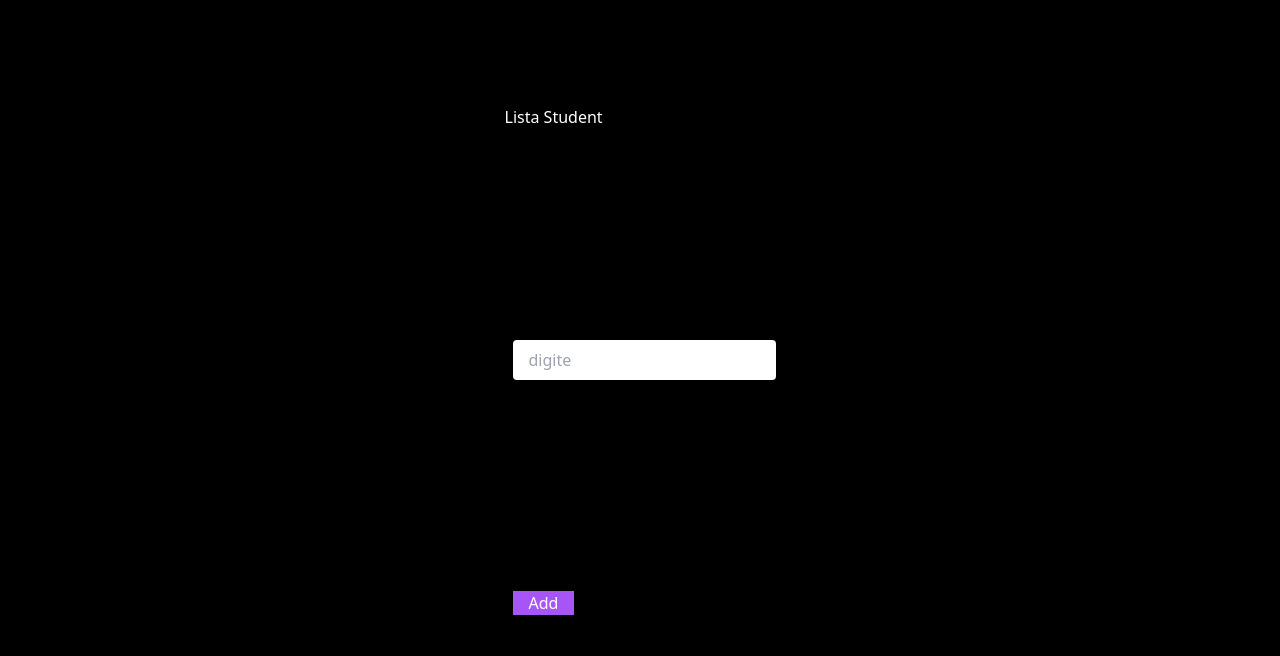
Repository: LuisSempre/FundamentosReact
Page: /
These files come from the project's save history. The page is drawn as it stood at one moment and after the next save; the edit follows.
The browser window is 1280 px wide. The pictures show the whole page.
The project was rebuilt for these pictures with package versions that can differ from the ones it lists, and the page was loaded fresh each time. Also part of the build but not shown: vite.config.js, src/components/Card.jsx.

Above is the page before, as saved 2022-06-28 18:18:30.

After the next save:
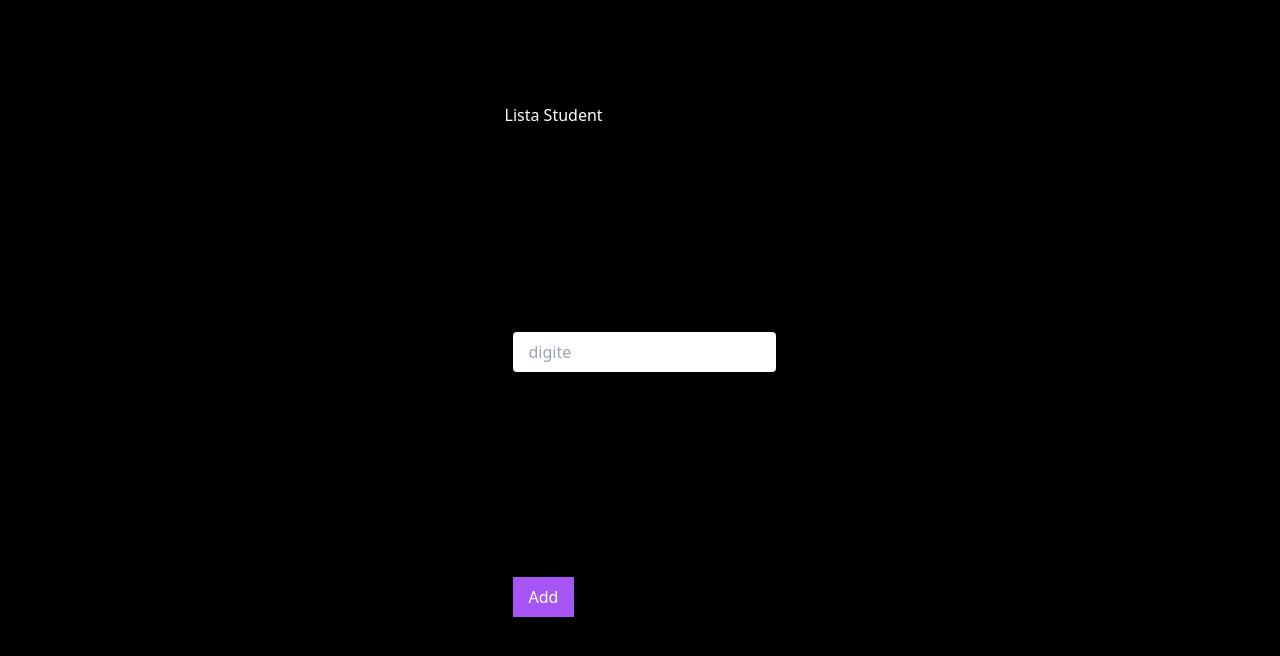
Saved 6 s later.
--- a/src/pages/Home.jsx
+++ b/src/pages/Home.jsx
@@ -31,7 +31,7 @@ export function Home() {
       </div>
       <div>
         <button
-        className="px-4 bg-purple-500"
+        className="px-4 py-2 bg-purple-500"
         onClick={studentAdd}>Add</button>
         {students.map((student) => (
           <Card name={student.name} time={student.time} />
